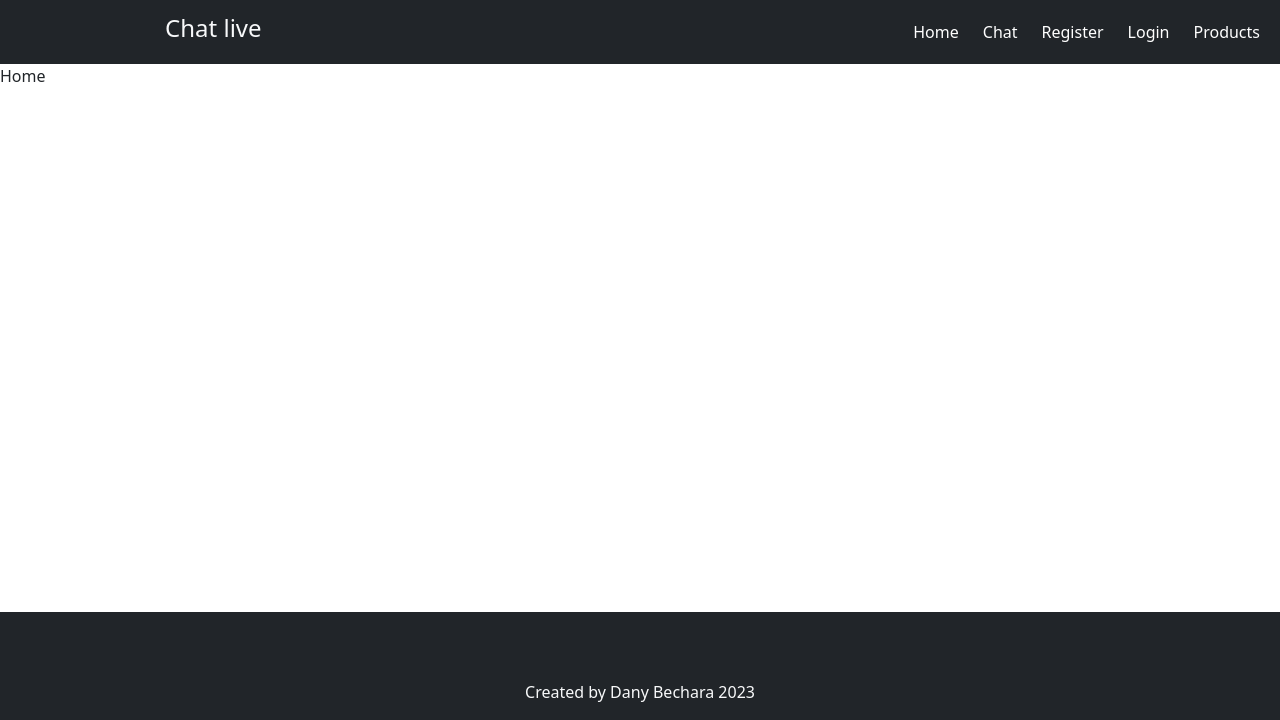
Repository: bechara611/chatv2
Page: /
These files come from the project's save history. The page is drawn as it stood at one moment and after the next save; the edit follows.
The browser window is 1280 px wide. The pictures show the whole page.
The project was rebuilt for these pictures with package versions that can differ from the ones it lists, and the page was loaded fresh each time. Also part of the build but not shown: src/auth/components/login.jsx, src/auth/components/register.jsx.

Above is the page before, as saved 2023-03-02 17:51:16.

After the next save:
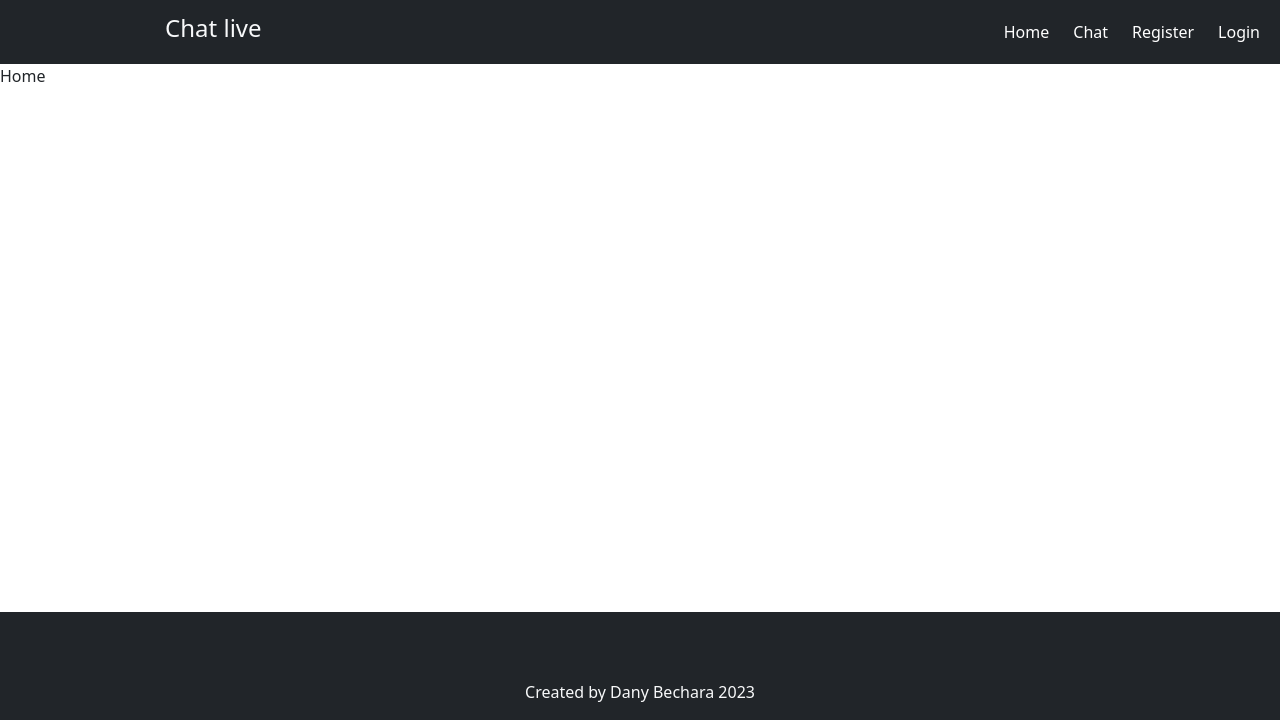
Saved 51 s later.
--- a/src/ui/components/Header.jsx
+++ b/src/ui/components/Header.jsx
@@ -12,12 +12,12 @@ export const Header = () => {
         </div>
         <div className="col-sm-8 col-12  contenedor-menu">
           <nav className=' m-2 nav'>
-            <NavLink className='item-menu' to={'/'}>Home</NavLink>
-            <NavLink className='item-menu' to={'/chat'}>Chat</NavLink>
-            <NavLink className='item-menu' to={'/register'}>Register</NavLink>
-            <NavLink className='item-menu' to={'/login'}>Login</NavLink>
-            <NavLink className={ ({isActive}) => `item-menu  ${ isActive ? 'activeLink':'' }` } to={'/'} >Products</NavLink>
-          </nav>
+
+            <NavLink className={ ({isActive}) => `item-menu  ${ isActive ? 'activeLink':'' }` } to={'/'} >Home</NavLink>
+            <NavLink className={ ({isActive}) => `item-menu  ${ isActive ? 'activeLink':'' }` } to={'/chat'} >Chat</NavLink>
+            <NavLink className={ ({isActive}) => `item-menu  ${ isActive ? 'activeLink':'' }` } to={'/register'} >Register</NavLink>
+            <NavLink className={ ({isActive}) => `item-menu  ${ isActive ? 'activeLink':'' }` } to={'/login'} >Login</NavLink>
+            </nav>
         </div>
 
 
